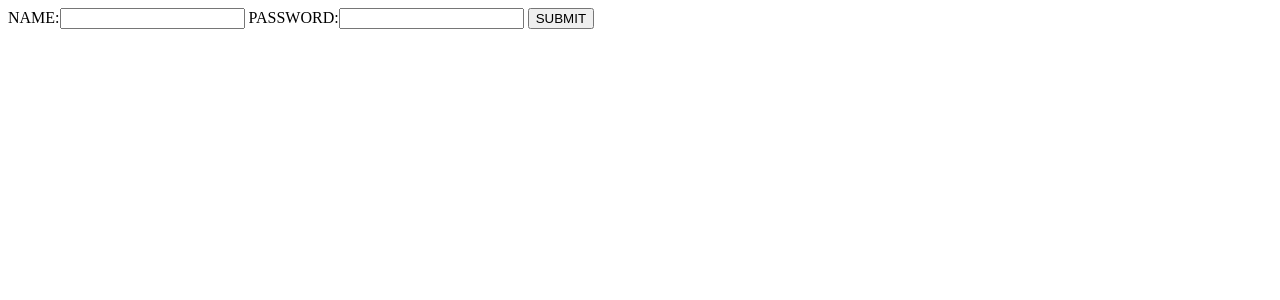
Repository: Muskan-Garg696/muskan_training
Page: WebApplicationProject1/TestSessionExample/WebContent/form.html
An editor plug-in stored every save of this project. The page is shown before and after the next save, followed by the edit.
The browser window is 1280 px wide. The pictures show the whole page.

Above is the page before, as saved 2019-09-04 11:09:09.

After the next save:
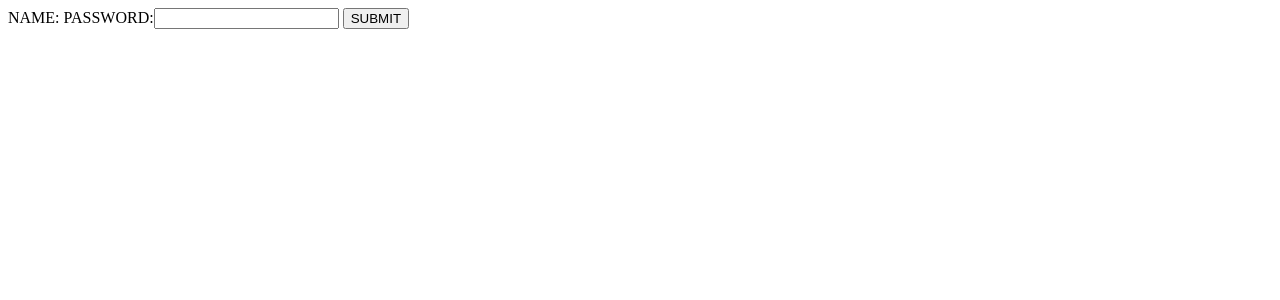
Saved 18 h 24 min later.
--- a/WebApplicationProject1/TestSessionExample/WebContent/form.html
+++ b/WebApplicationProject1/TestSessionExample/WebContent/form.html
@@ -6,7 +6,7 @@
 </head>
 <body>
 <form action="FirstServlet" method="post">
-NAME:<input type="text" name="user" >
+NAME:<input type="hidden" name="user" >
 PASSWORD:<input type="PASSWORD" name="PASSWORD" >
 <INPUT TYPE="SUBMIT" NAME="SUBMIT" VALUE="SUBMIT">
 

After the save that followed:
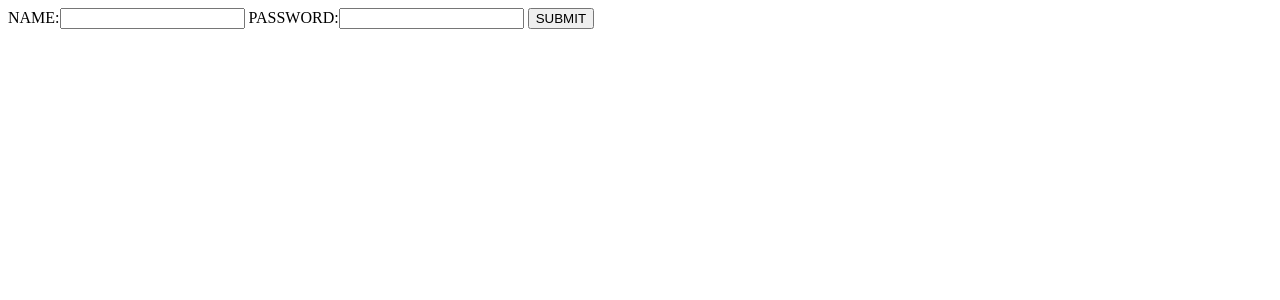
Saved 104 s later.
--- a/WebApplicationProject1/TestSessionExample/WebContent/form.html
+++ b/WebApplicationProject1/TestSessionExample/WebContent/form.html
@@ -6,7 +6,7 @@
 </head>
 <body>
 <form action="FirstServlet" method="post">
-NAME:<input type="hidden" name="user" >
+NAME:<input type= 'hidden ' name="user" >
 PASSWORD:<input type="PASSWORD" name="PASSWORD" >
 <INPUT TYPE="SUBMIT" NAME="SUBMIT" VALUE="SUBMIT">
 
